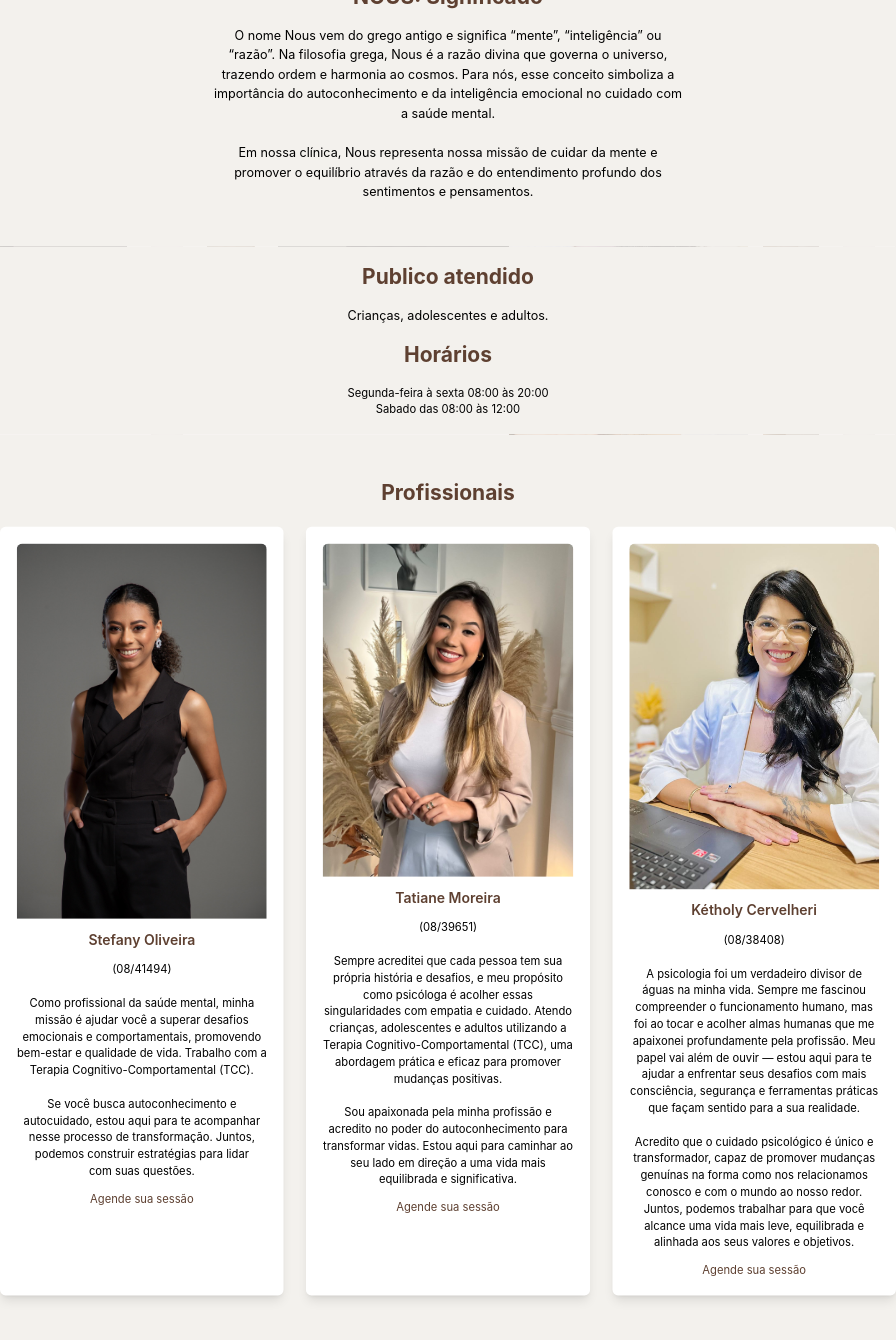
Repository: Mcervelheri/Nous
Page: /
The author's editor kept a copy of each file at every save. The page is drawn from the files as they stood at one save, then again after the next save.
The browser window is 1280 px wide. The pictures show the part of the page from y = 872 to 2792 px (the page is 2786 px tall before and 2792 px after), at 70% of full size.
The project was rebuilt for these pictures with package versions that can differ from the ones it lists, and the page was loaded fresh each time. Also part of the build but not shown: vite.config.js.

Above is the page before, as saved 2025-02-19 22:55:26.

After the next save:
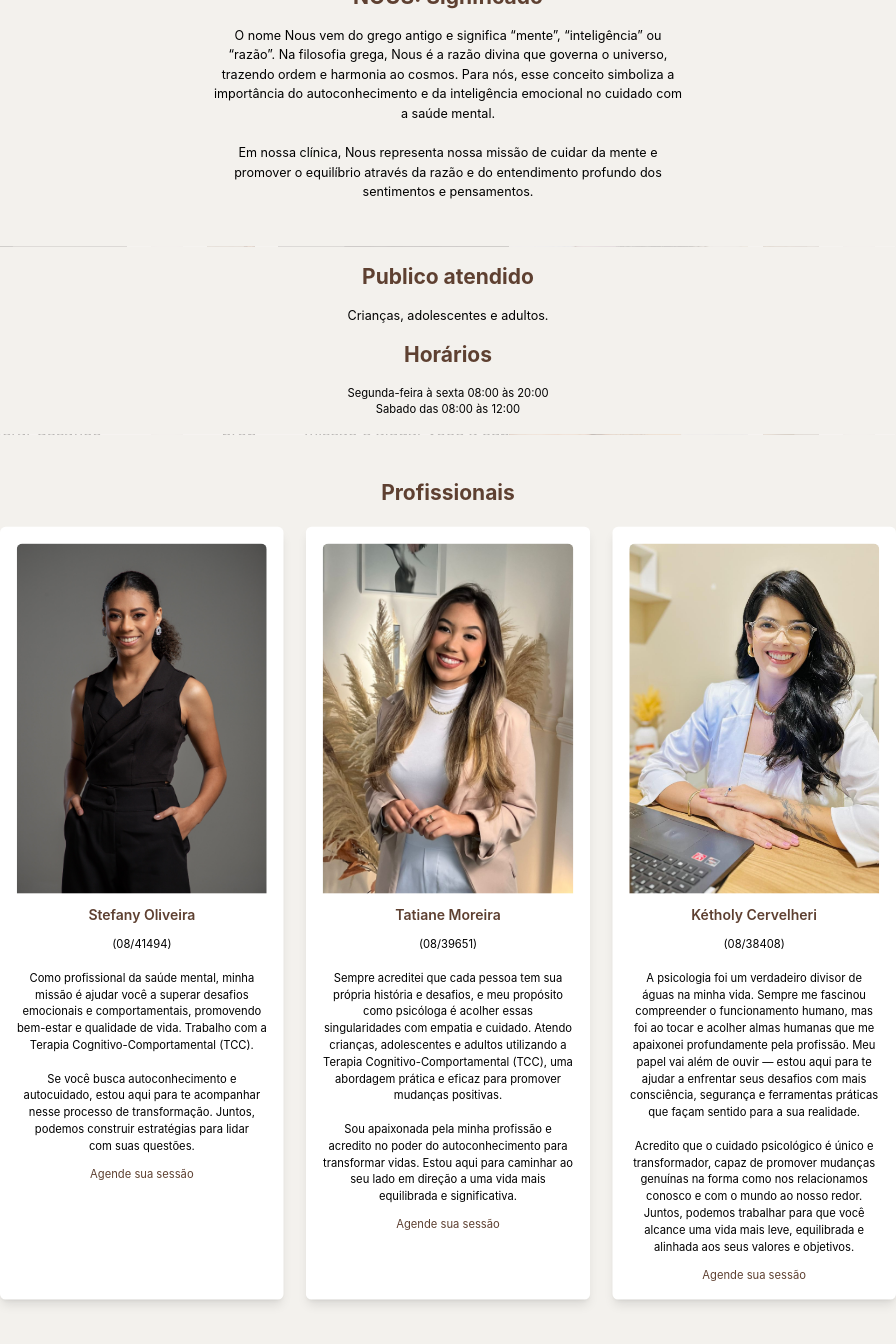
Saved 63 s later.
--- a/src/components/Professional.jsx
+++ b/src/components/Professional.jsx
@@ -7,7 +7,7 @@ const Professional = ({ img, name, crp, text1, text2 }) => {
         <img
           src={img}
           alt={name}
-          className="w-full h-full object-cover object-center rounded-t-lg"
+          className="w-full img_meninas object-cover object-center rounded-t-lg"
         />
       </div>
       <h3 className="text-xl font-semibold my-4 text-[#5e4031]">{name}</h3>
